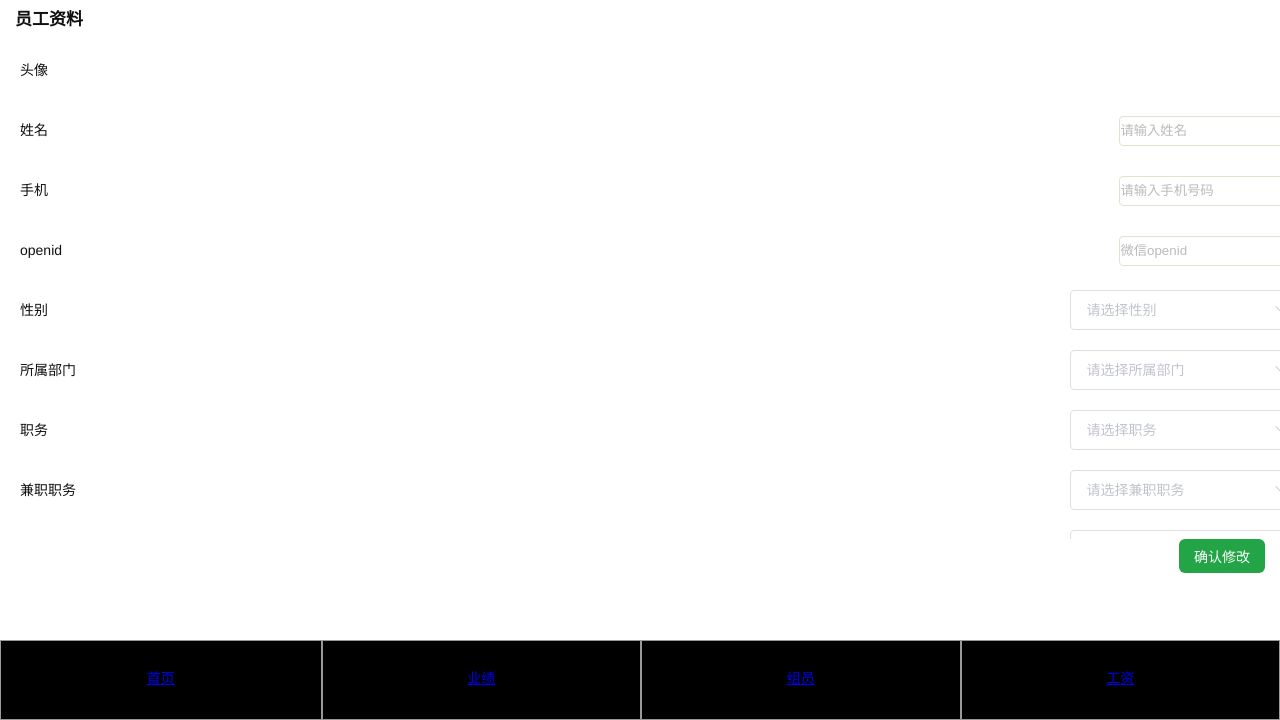
Repository: panlin520-team/lnmj-staffH5
Page: /#/homepage
An editor plug-in stored every save of this project. The page is shown before and after the next save, followed by the edit.
The browser window is 1280 px wide. The pictures show the whole page.
An inner scrolling area shows only its first screen. The project was rebuilt for these pictures with package versions that can differ from the ones it lists, and the page was loaded fresh each time. Also part of the build but not shown: src/views/Lojin.vue.

Above is the page before, as saved 2020-04-08 15:51:41.

### src/main.js
import Vue from 'vue'
import App from './App.vue'
import router from './router'
import store from './store'
import ElementUI from 'element-ui'
import '@/assets/scss/reset.less'
import 'element-ui/lib/theme-chalk/index.css';
Vue.use(ElementUI)


Vue.config.productionTip = false

new Vue({
  router,
  store,
  render: h => h(App)
}).$mount('#app')

### src/App.vue
<template>
  <div id="app">
    <router-view />
  </div>
</template>
<script>
export default {
  data() {
    return {
    };
  },
  created() {},
  methods: {
  }
};
</script>
<style lang="less">
</style>

### src/router/index.js
import Vue from 'vue'
import VueRouter from 'vue-router'
import Lojin from '../views/Lojin.vue'

Vue.use(VueRouter)

const routes = [
  //首页登录
  {
    path: '/',
    name: 'Lojin',
    component: Lojin
  },
  //首页登录
  {
    path: '/Lojin',
    name: 'Lojin',
    component: Lojin
  },
  //用户注册
  {
    path: '/register',
    name: 'Register',
    component: () => import('../views/Register.vue')
  },
  //用户忘记密码
  {
    path: '/forgetpassword',
    name: 'Forgetpassword',
    component: () => import('../views/Forgetpassword.vue')
  },
  //登录首页
  {
    path: '/homepage',
    name: 'Homepage',
    component: () => import('../views/Homepage.vue')
  },
  //业绩
  {
    path: '/performance',
    name: 'Performance',
    component: () => import('../views/Performance.vue')
  },
  //组员
  {
    path: '/crew',
    name: 'Crew',
    component: () => import('../views/Crew.vue')
  },
  //工资
  {
    path: '/salary',
    name: 'Salary',
    component: () => import('../views/Salary.vue')
  },
]

const router = new VueRouter({
  routes
})

export default router

### src/assets/scss/reset.less
* {
  margin: 0;
  padding: 0;
}

div {
  box-sizing: border-box;
  -webkit-tap-highlight-color: rgba(0, 0, 0, 0);
  // -webkit-user-select: none;
}

img {
  border: 0;
}

ul,
ol {
  list-style: none;
}

textarea {
  // 禁止调节文本域尺寸
  resize: none;
  outline-style: none;
  -webkit-appearance: none;
}

input,
button {
  outline-style: none;
  box-sizing: border-box;
  border: none;
}

// 输入框提示文本颜色设置
input::-moz-focus-inner {
  border: 0;
}

input::-webkit-input-placeholder {
  /* WebKit browsers */
  color: #BBB;
}

input::-moz-placeholder {
  /* Mozilla Firefox 19+ */
  color: #BBB;
}

input:-ms-input-placeholder {
  /* Internet Explorer 10+ */
  color: #BBB;
}

html,
body {
  width: 100%;
  height: 100%;
}

body {
  background-color: #ffffff;
  font-family: "Helvetica Neue", Helvetica, "PingFang SC", "Hiragino Sans GB", "Microsoft YaHei", "微软雅黑", Arial, sans-serif;
  font-size: 14px;
  color: #101010;
}

#app {
  position: relative;
  width: 100%;
  height: 100%;
}

// 滚动条尺寸
div::-webkit-scrollbar {
  width: 10px;
  height: 10px;
}

// 滚动条内部方块
// div::-webkit-scrollbar-thumb {
//   border-radius: 10px;
//   box-shadow: inset 0 0 5px rgba(0, 0, 0, 0.2);
//   background: #52BD3A;
// }

// 滚动条轨道
// div::-webkit-scrollbar-track {
//   box-shadow: inset 0 0 5px rgba(0, 0, 0, 0.2);
//   border-radius: 10px;
//   background: rgba(0, 0, 0, 0.1);
// }

.topBand {
  width: 100%;
  height: 80px;
  background: #23A547;
  display: flex;
  position: fixed;
  top: 0;
  left: 0;
  z-index: 100;
}

.container {
  display: flex;
  background: #ffffff;
  padding-top: 80px;
  z-index: 99;
  height: 100%;

  .aside {
    width: 200px;
    min-width: 200px;
    overflow: hidden;
    white-space: nowrap;
    text-overflow: ellipsis;
    position: fixed;
    top: 80px;
    bottom: 0;
    left: 0;
  }

  .main {
    flex: 1;

    &.active {
      padding-left: 200px;
    }
  }
}

.footer {
  height: 80px;
  background: #23A547;
}

.scrollX {
  overflow-x: auto;
  overflow-y: hidden;
}

.scrollY {
  overflow-x: hidden;
  overflow-y: auto;
  width: 100%;
}

.popPage {
  position: fixed;
  top: 0;
  left: 0;
  width: 100%;
  height: 100%;
  padding: 20px;
  z-index: 100;
  background-color: #ffffff;
}

.nowrap {
  overflow: hidden;
  white-space: nowrap;
  text-overflow: ellipsis;
}

.btn-pointer {
  cursor: pointer;
}

### src/views/Homepage.vue
 <!--登录首页-->
<template>
  <div class="homepage">
    <!-- 中间 -->
    <div class="content">
      <div class="top" slot="top">
        <div class="title">员工资料</div>
      </div>
      <div class="main" slot="main">
        <div class="items scrollY">
          <!-- 头像上传 -->
          <div class="item">
            <label class="label-left" style="line-height: 50px;">头像</label>
            <div class="value"></div>
          </div>
          <div class="item">
            <label class="label-left">姓名</label>
            <div class="value">
              <input
                type="text"
                placeholder="请输入姓名"
                v-model="employeesDetails.name"
                class="input-value"
              />
            </div>
          </div>
          <div class="item">
            <label class="label-left">手机</label>
            <div class="value">
              <input
                type="text"
                placeholder="请输入手机号码"
                v-model="employeesDetails.mobile"
                class="input-value"
              />
            </div>
          </div>
          <div class="item">
            <label class="label-left">openid</label>
            <div class="value">
              <input
                type="text"
                placeholder="微信openid"
                v-model="employeesDetails.openid"
                class="input-value"
              />
            </div>
          </div>
          <div class="item">
            <label class="label-left">性别</label>
            <div class="value">
              <el-select v-model="employeesDetails.gender" placeholder="请选择性别">
                <el-option
                  v-for="item in genders"
                  :key="item.value"
                  :label="item.name"
                  :value="item.value"
                ></el-option>
              </el-select>
            </div>
          </div>
          <!-- <div class="item">
                <label class="label-left">所属分组</label>
                <div class="value">
                  <el-select v-model="employeesDetails.groupId" placeholder="请选择分组">
                    <el-option
                      v-for="item in groups"
                      :key="item.groupId"
                      :label="item.name"
                      :value="item.groupId"
                    ></el-option>
                  </el-select>
                </div>
          </div>-->
          <div class="item">
            <label class="label-left">所属部门</label>
            <div class="value">
              <el-select v-model="part_department" @change="changedepartment" placeholder="请选择所属部门">
                <el-option
                  v-for="item in part_partment"
                  :key="item.id"
                  :label="item.name"
                  :value="item.id"
                ></el-option>
              </el-select>
            </div>
          </div>
          <div class="item">
            <label class="label-left">职务</label>
            <div class="value">
              <el-select v-model="employeepostName" @change="changedeptails" placeholder="请选择职务">
                <el-option
                  v-for="item in postNames"
                  :key="item.postId"
                  :label="item.name"
                  :value="item.postId"
                ></el-option>
              </el-select>
            </div>
          </div>
          <div class="item">
            <label class="label-left">兼职职务</label>
            <div class="value">
              <el-select v-model="part_timeJobe" @change="changejobe" placeholder="请选择兼职职务">
                <el-option
                  v-for="item in part_timeNames"
                  :key="item.postId"
                  :label="item.name"
                  :value="item.postId"
                ></el-option>
              </el-select>
            </div>
          </div>

          <div class="item">
            <label class="label-left">是否兼职</label>
            <div class="value">
              <el-select v-model="part_trueJobe" @change="changetrueJobe" placeholder="请确认是否兼职">
                <el-option
                  v-for="item in part_trueNames"
                  :key="item.postId"
                  :label="item.name"
                  :value="item.postId"
                ></el-option>
              </el-select>
            </div>
          </div>
          <div class="item">
            <label class="label-left">计算底薪</label>
            <div class="value">
              <el-select v-model="isBasicSalarer" @change="changeSalary" placeholder="是否计算底薪">
                <el-option
                  v-for="item in isBasicSalary"
                  :key="item.value"
                  :label="item.label"
                  :value="item.value"
                ></el-option>
              </el-select>
            </div>
          </div>
          <!-- <div class="item">
            <label class="label-left">级别</label>
            <div class="value">
              <el-select v-model="employeesDetails.postLevel" placeholder="请选择级别">
                <el-option
                  v-for="item in levels"
                  :key="item.postLevelId"
                  :label="item.postLevelName"
                  :value="item.postLevelId"
                ></el-option>
              </el-select>
            </div>
          </div>-->
          <div class="item">
            <label class="label-left">入职时间</label>
            <div class="value">
              <el-date-picker
                v-model="employeesDetails.entryTime"
                :editable="false"
                :clearable="false"
                align="center"
                type="date"
                format="yyyy-MM-dd"
                value-format="yyyy-MM-dd"
                placeholder="选择入职时间"
                class="setEmpDatePicker"
              ></el-date-picker>
            </div>
          </div>
          <div class="item">
            <label class="label-left">目前状态</label>
            <div class="value">
              <el-select v-model="workingState" @change="changezhtai" placeholder="请选择员工目前状态">
                <el-option
                  v-for="item in workingStates"
                  :key="item.state"
                  :label="item.name"
                  :value="item.state"
                ></el-option>
              </el-select>
            </div>
          </div>
        </div>
      </div>
      <div class="bottom" slot="bottom">
        <div class="btn-save btn-pointer" @click="newEmployees">确认修改</div>
      </div>
    </div>
    <!-- 底部导航 -->
    <div class="switchoverBtn">
      <Btnnavigation></Btnnavigation>
    </div>
  </div>
</template>


<script>
//引入模块
import Btnnavigation from "@/components/Btnnavigation.vue";

export default {
  name: "homepage",
  components: { Btnnavigation },
  data() {
    return {
      //员工信息
      employeesDetails: {
        name: "",
        mobile: "",
        openid: "",
        gender: "",
        entryTime: ""
      },
      //部门
      part_department: "",
      part_partment: [],
      //职务
      employeepostName: "",
      postNames: [],
      //兼职职务
      part_timeJobe: "",
      part_timeNames: [],
      //是否兼职
      part_trueJobe: "",
      part_trueNames: [
        {
          postId: 1,
          name: "是"
        },
        {
          postId: 0,
          name: "否"
        }
      ],
      //是否计算底薪
      isBasicSalarer: "",
      isBasicSalary: [
        {
          value: 0,
          label: "否"
        },
        {
          value: 1,
          label: "是"
        }
      ],
      //目前状态
      workingState: "",
      workingStates: [
        {
          state: 1,
          name: "在职"
        },
        {
          state: 0,
          name: "离职"
        }
      ],
      //性别
      genders: [
        {
          value: 0,
          name: "女"
        },
        {
          value: 1,
          name: "男"
        }
      ]
    };
  },
  created() {},
  methods: {
    //返回登录页面
    returnLojin() {
      const _this = this;
      _this.$router.replace("/Lojin");
    },
    //修改
    newEmployees() {},
    //修改部门
    changedepartment() {},
    //修改职务
    changedeptails() {},
    //修改兼职职务
    changejobe() {},
    //是否兼职
    changetrueJobe() {},
    //是否计算底薪
    changeSalary() {},
    //目前状态
    changezhtai() {}
  }
};
</script>

<style lang="less" scoped>
.homepage {
  width: 100%;
  height: 100%;
  position: relative;
  .content {
    .top {
      padding: 5px 15px;
    }
    .title {
      font-size: 17px;
      font-weight: 700;
    }
    .main {
      max-height: 504px;
      overflow: auto;
      .items {
        width: 103%;
        padding: 0 20px;
        .item {
          display: flex;
          justify-content: space-between;
          padding-top: 10px;
          line-height: 50px;
          .input-value {
            border: 1px solid rgb(219, 230, 210);
            height: 30px;
            border-radius: 4px;
          }
        }
      }
    }

    .bottom {
      text-align: right;
      .btn-save {
        padding: 7px 15px;
        font-size: 14px;
        margin-right: 15px;
        border-radius: 6px;
        color: #ffffff;
        background-color: #23a547;
        text-align: center;
        display: inline-block;
      }
      .iconfont {
        font-size: 25px;
      }
      .btn-del {
        padding: 7px 15px;
        font-size: 14px;
        margin-right: 15px;
        border-radius: 6px;
        color: #ffffff;
        background: #e6a23c;
        text-align: center;
        display: inline-block;
      }
    }
  }
  .switchoverBtn {
    position: absolute;
    bottom: 0;
    width: 100%;
    height: 80px;
    z-index: 999;
  }
}
</style>

### src/components/Btnnavigation.vue
 <!--底部导航-->
<template>
  <div class="btnnavigation">
    <!-- <div class="somenavigation">
      <div class="navitnew">
      <router-link to="/homepage">首页</router-link>
      </div>
    </div>-->
    <router-link class="somenavigation" to="/homepage">
      <div class="navitnew">首页</div>
    </router-link>

    <div class="somenavigation">
      <div class="navitnew">
        <router-link to="/Performance">业绩</router-link>
      </div>
    </div>
    <div class="somenavigation">
      <div class="navitnew">
        <router-link to="/crew">组员</router-link>
      </div>
    </div>
    <div class="somenavigation">
      <div class="navitnew">
        <router-link to="/salary">工资</router-link>
      </div>
    </div>
  </div>
</template>

<script>
export default {
  name: "btnnavigation",
  components: {},
  data() {
    return {};
  },
  created() {},
  methods: {}
};
</script>

<style lang="less" scoped>
.btnnavigation {
  width: 100%;
  height: 100%;
  display: flex;
  background-color: black;
  .somenavigation {
    width: 25%;
    border: 1px solid rgb(156, 152, 152);
    .navitnew {
      text-align: center;
      line-height: 75px;
    }
  }
}
</style>

Loaded but not shown: public/index.html (common file); src/store/index.js (common file)

After the next save:
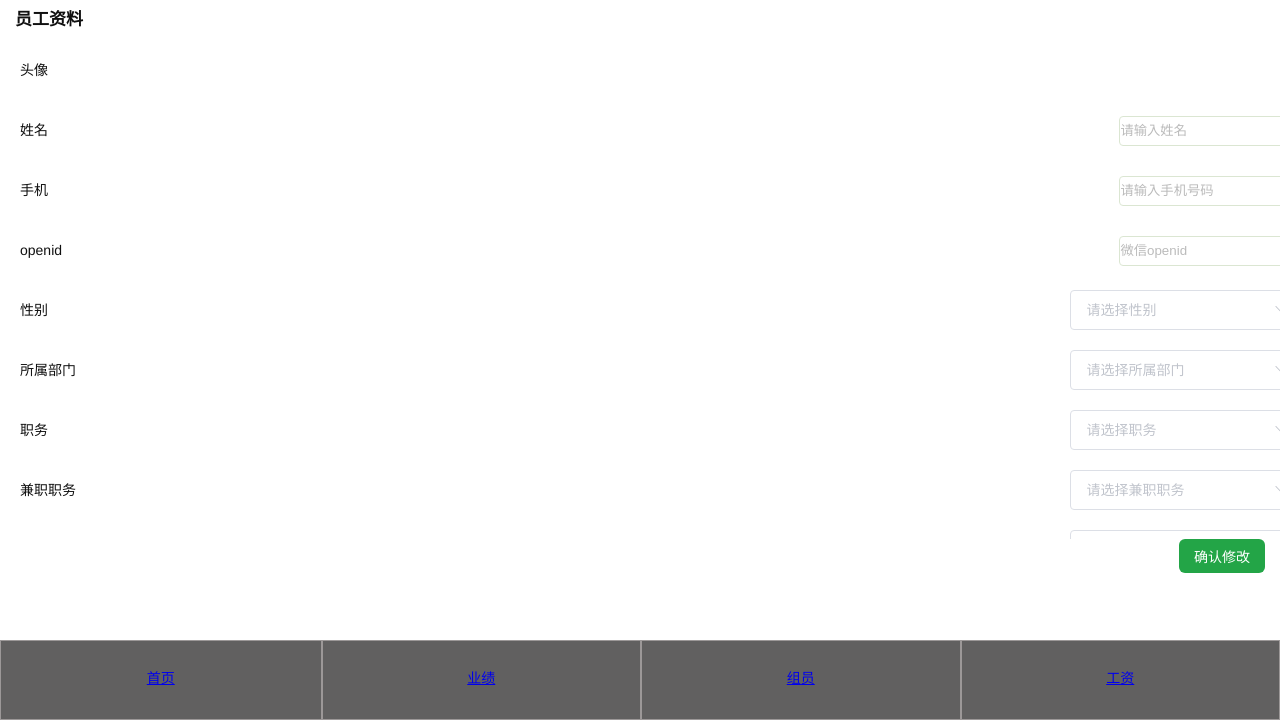
Saved 7 s later.
--- a/src/components/Btnnavigation.vue
+++ b/src/components/Btnnavigation.vue
@@ -45,7 +45,7 @@ export default {
   width: 100%;
   height: 100%;
   display: flex;
-  background-color: black;
+  background-color: rgb(97, 96, 96);
   .somenavigation {
     width: 25%;
     border: 1px solid rgb(156, 152, 152);
